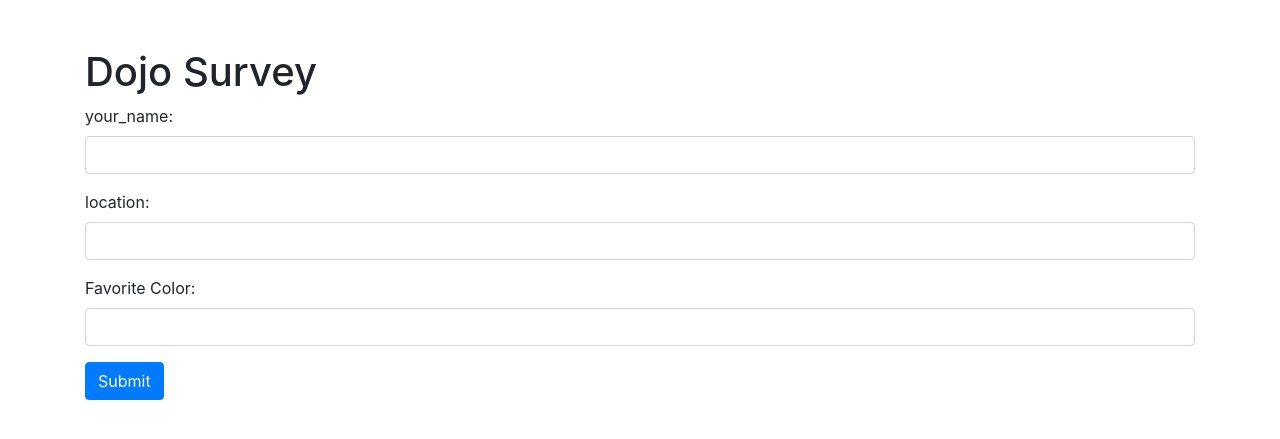
Repository: TurkiOussema54/Bootcamp-PYTHON
Page: http://localhost/
These files come from the project's save history. The page is drawn as it stood at one moment and after the next save; the edit follows.
The browser window is 1280 px wide. The pictures show the whole page.
The page is served by the project's application, run on Flask 3 (app.py).

Above is the page before, as saved 2023-10-03 17:30:06.

### Dojo_Survey/templates/index.html
<!DOCTYPE html>
<html>
<head>
    <title>Dojo Survey</title>
    <!-- Include Bootstrap CSS -->
    <link rel="stylesheet" href="https://maxcdn.bootstrapcdn.com/bootstrap/4.5.2/css/bootstrap.min.css">
</head>
<body>
    <div class="container">
        <h1 class="mt-5">Dojo Survey</h1>
        <form method="POST" action="/process">
            <div class="form-group">
                <label for="your_name">your_name:</label>
                <input type="text" class="form-control" your_name="your_name" required>
            </div>

            <div class="form-group">
                <label for="location">location:</label>
                <input type="location" class="form-control" name="location" required>
            </div>

            <div class="form-group">
                <label for="favorite_language">Favorite Color:</label>
                <input type="text" class="form-control" name="favorite_language" required>
            </div>

            <button type="submit" class="btn btn-primary">Submit</button>
        </form>
    </div>
</body>
</html>

### Dojo_Survey/app.py
from flask import Flask, request, render_template, redirect, session

app = Flask(__name__)
app.secret_key = 'your_secret_key'  # Change this to a strong, random secret key

@app.route("/")
def index():
    return render_template("index.html")

@app.route("/process", methods=["POST"])
def process():
    # Store form data in session
    session['your_name'] = request.form['your_name']
    session['location'] = request.form['location']
    session['favorite_language'] = request.form['favorite_language']

    return redirect("/result")

@app.route("/result")
def result():
    # Retrieve form data from session
    name = session.get('your_name')
    email = session.get('location')
    favorite_color = session.get('favorite_language')

    return render_template("result.html", your_name=your_name, location=location, ffavorite_language=favorite_language)

@app.route("/comment", methods=["POST"])
def comment():
    user_comment = request.form['comment']

    # Store comments in a list in session
    if 'comments' not in session:
        session['comments'] = []
    session['comments'].append(user_comment)

    return redirect("/result")

if __name__ == "__main__":
    app.run(debug=True)

After the next save:
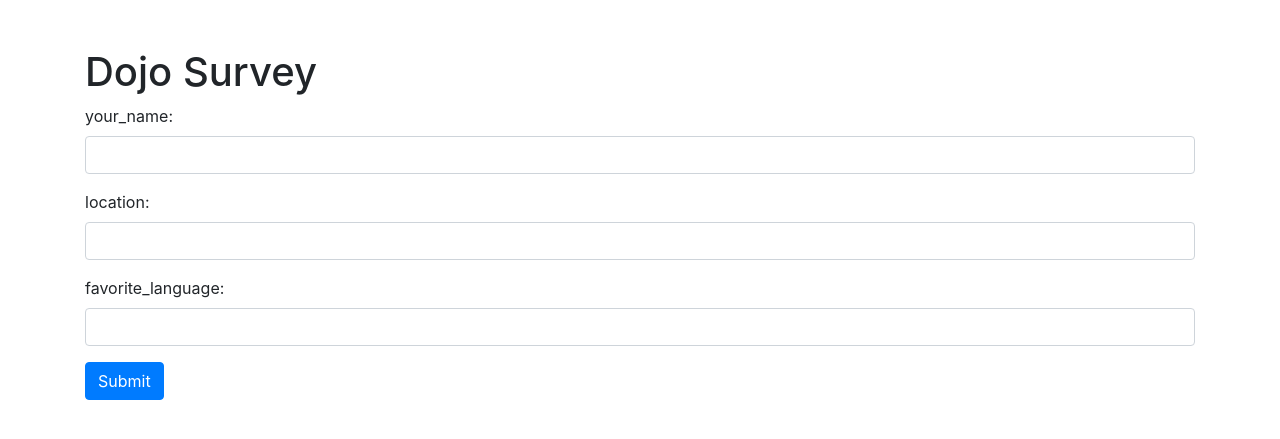
Saved 28 s later.
--- a/Dojo_Survey/templates/index.html
+++ b/Dojo_Survey/templates/index.html
@@ -20,7 +20,7 @@
             </div>
 
             <div class="form-group">
-                <label for="favorite_language">Favorite Color:</label>
+                <label for="favorite_language">favorite_language:</label>
                 <input type="text" class="form-control" name="favorite_language" required>
             </div>
 
